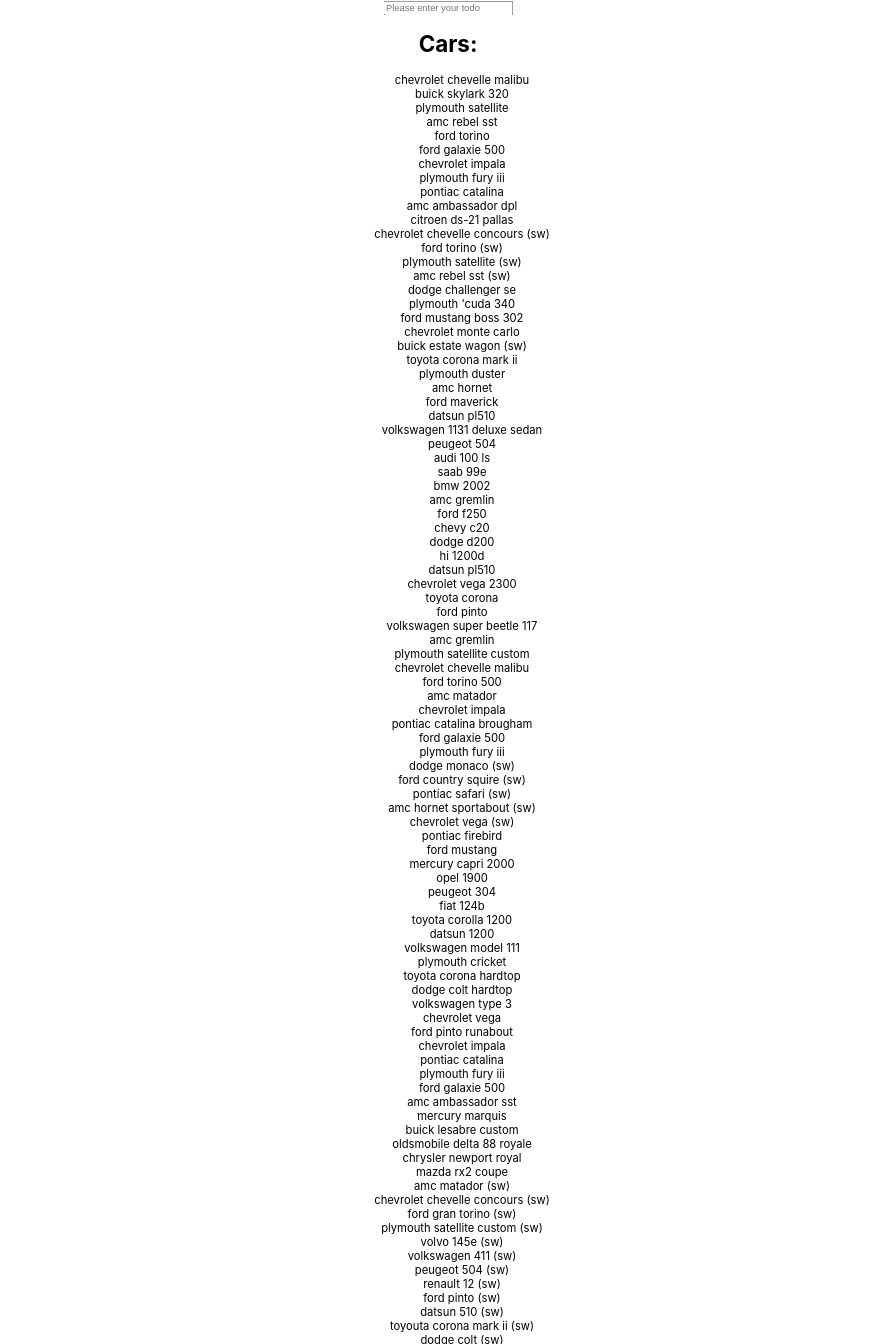
Repository: vhoreho/react
Page: / (app in myapp/)
The author's editor kept a copy of each file at every save. The page is drawn from the files as they stood at one save, then again after the next save.
The browser window is 1280 px wide. The pictures show the part of the page from y = 0 to 1920 px (the page is 8240 px tall before and 14315 px after), at 70% of full size.
The project was rebuilt for these pictures with package versions that can differ from the ones it lists, and the page was loaded fresh each time.

Above is the page before, as saved 2022-08-08 20:46:13.

### myapp/src/App.js
import './App.css';
import Input from './components/Input';
import Cars from './components/Cars';

function App() {
  return (
    <div className="App">
      <Input />
      <Cars />
    </div>
  );
}

export default App;

### myapp/src/components/Input.js
import React from 'react'

export default function Input() {
  return (
    <input placeholder='Please enter your todo' />
  )
}

### myapp/src/components/Cars.js
import React from 'react';
import {cars} from '../data';
import Car from './Car';

export default function Cars() {
  return (
    <div>
        <h1>Cars:</h1>
        <ul style={{
          listStyle: 'none'
        }}>
            {cars.map((item, index) => <Car key={index} {...item} />)}
        </ul>
    </div>
  )
}

### myapp/src/components/Car.js
import React from 'react'

export default function Car(props) {
  return (
    <li>{props.Name}</li>
  )
}

Loaded but not shown: myapp/public/index.html (common file); myapp/src/index.js (common file); myapp/src/index.css (common file); myapp/src/App.css (common file); myapp/src/data/index.js (4468 lines, source omitted)

After the next save:
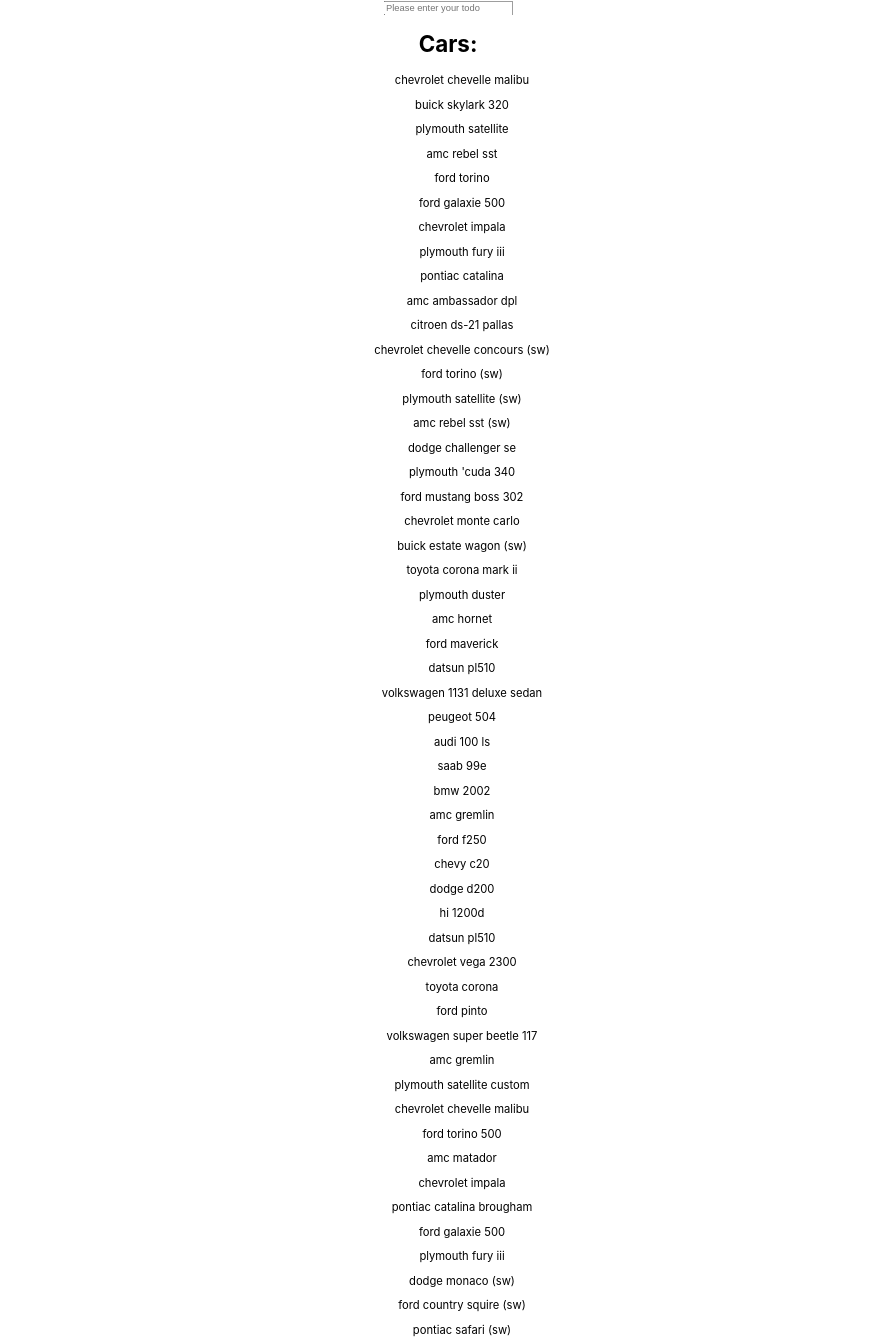
Saved 53 s later.
--- a/myapp/src/components/Car.js
+++ b/myapp/src/components/Car.js
@@ -2,6 +2,9 @@
 
 export default function Car(props) {
   return (
-    <li>{props.Name}</li>
+    <li style={{
+      margin: '15px 0',
+
+    }}>{props.Name}</li>
   )
 }
